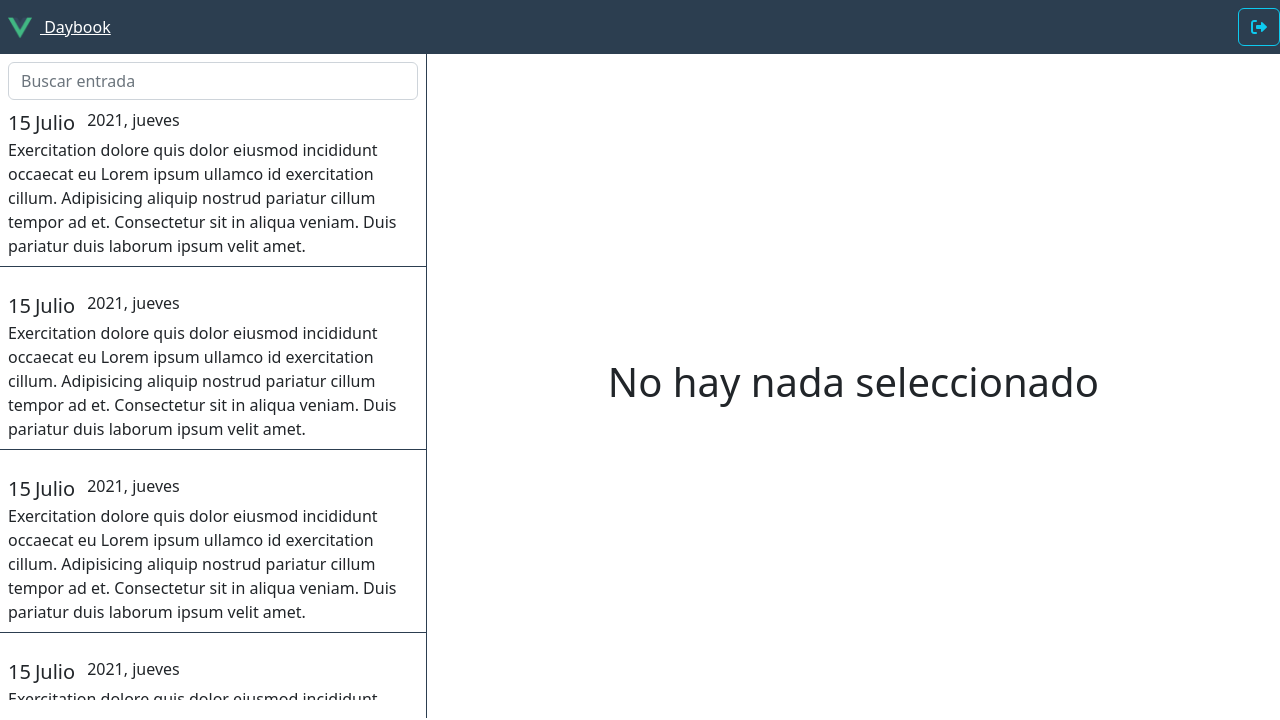
Repository: Osquitranki/jornal
Page: /#/daybook
These files come from the project's save history. The page is drawn as it stood at one moment and after a run of saves; the edit follows.
The browser window is 1280 px wide. The pictures show the whole page.
The project was rebuilt for these pictures with package versions that can differ from the ones it lists, and the page was loaded fresh each time. Also part of the build but not shown: vue.config.js, src/views/HomeView.vue.

Above is the page before, as saved 2022-12-20 17:54:43.

### public/index.html
<!DOCTYPE html>
<html lang="">
  <head>
    <meta charset="utf-8">
    <meta http-equiv="X-UA-Compatible" content="IE=edge">
    <meta name="viewport" content="width=device-width,initial-scale=1.0">
    <link rel="icon" href="<%= BASE_URL %>favicon.ico">
    <title><%= htmlWebpackPlugin.options.title %></title>
    <link rel="stylesheet" href="https://cdnjs.cloudflare.com/ajax/libs/font-awesome/6.2.0/css/all.min.css"
      integrity="sha512-xh6O/CkQoPOWDdYTDqeRdPCVd1SpvCA9XXcUnZS2FmJNp1coAFzvtCN9BmamE+4aHK8yyUHUSCcJHgXloTyT2A=="
      crossorigin="anonymous" referrerpolicy="no-referrer" />
  </head>
  <body>
    <noscript>
      <strong>We're sorry but <%= htmlWebpackPlugin.options.title %> doesn't work properly without JavaScript enabled. Please enable it to continue.</strong>
    </noscript>
    <div id="app"></div>
    <!-- built files will be auto injected -->
  </body>
</html>

### src/main.js
import { createApp } from 'vue'
import App from './App.vue'
import router from './router'

import './styles/styles.scss'

createApp(App).use(router).mount('#app')

### src/router/index.js
import { createRouter, createWebHashHistory } from 'vue-router'
import HomeView from '../views/HomeView.vue'

import daybookrouter from '@/modules/daybook/router'
const routes = [
  {
    path: '/',
    name: 'home',
    component: HomeView
  },
  {
    path: '/about',
    name: 'about',
    // route level code-splitting
    // this generates a separate chunk (about.[hash].js) for this route
    // which is lazy-loaded when the route is visited.
    component: () => import(/* webpackChunkName: "about" */ '../views/AboutView.vue')
  },
  {
    path: '/daybook',
    ...daybookrouter
  }
]

const router = createRouter({
  history: createWebHashHistory(),
  routes
})

export default router

### src/styles/styles.scss

$theme-colors: (
  "primary": #2c3e50,
  "secondary": #1d6042,
  "success": #198754,
  "info": #0dcaf0,
  "warning": #ffc107,
  "danger": #dc3545,
  "light": #f8f9fa,
  "dark": #343a40,
);


@import 'node_modules/bootstrap/scss/bootstrap.scss';

.pointer {
  cursor: pointer;
}

### src/modules/daybook/router/index.js
export default {
    name: 'daybook',
    component: () => import(/* webpackChunkName: "about" */ '@/modules/daybook/layouts/DayBookLayout.vue'),
    children: [
        {
            path: '',
            name: 'no-entry',
            component: () => import(/* webpackChunkName: "about" */ '@/modules/daybook/views/NoEntrySelected.vue'),
        }

    ]
}

### src/modules/daybook/layouts/DayBookLayout.vue
<template>
    <Navbar/>
    <div class="d-flex">
    <div class="col-4">
      <EntryList/>
    </div>
    <div class="col">
      <router-view />
    </div>
  </div>
</template>


<script>
import {defineAsyncComponent} from 'vue'

export default {
     components: {
         Navbar: defineAsyncComponent(() => import('../components/Nav-bar.vue')),
         EntryList: defineAsyncComponent(() => import('../components/Entry-list.vue'))
     }

}
</script>

### src/modules/daybook/views/NoEntrySelected.vue
<template>
    <div class="d-flex justify-content-center">
        <h1 class="align-self-center">No hay nada seleccionado </h1>
   </div>
</template>

<script>
 import { defineAsyncComponent } from 'vue';

export default {

components: {
      Fab: defineAsyncComponent(() => import('../components/Fab-comp.vue'))
}

}
</script>

<style lang="scss" scoped>
div {
    height: 100%;
}
</style>

### src/modules/daybook/components/Nav-bar.vue
<template>
    <nav class="navbar bg-primary">
      <a class="nav-bar-brand text-white">
       <img src="@/assets/logo.png" alt="Vue Logo" class="d-inLine-block align-text-top mx-2" height="24">
       Daybook
      </a>
      <div class="d-flex">
      <button class="btn btn-outline-info">
       <i class="fa fa-sign-out-alt"/>
      </button>
      </div>
    </nav>
</template>

### src/modules/daybook/components/Entry-list.vue
<template>
  <div class="entry-list-container">
    <div class="px-2 pt-2">
        <input type="text" class="form-control" placeholder="Buscar entrada" />
    </div>

  <div class="entry-scrollarea">
    <Entry v-for="item in 100"
        :key="item">
        Entry
    </Entry>
  </div>

  </div>
</template>

<script>
import {defineAsyncComponent} from 'vue'

export default {
components: {
         Entry: defineAsyncComponent(() => import('../components/Entry-element.vue'))
     }
}
</script>

<style lang="scss" scoped>

.input {
    height: 25px;
}
.entry-list-container{
    border-right: 1px solid #2c3e50 ;
    height: calc(100vh - 56px);
}
.entry-scrollarea {
    height: calc(100vh - 120px);
    overflow: scroll;
}
</style>

### src/modules/daybook/components/Entry-element.vue
<template>
  <div class="entry-container mb-3 pointer p-2"
    @click="$router.push({name: 'entry', params: {id:10} })">
    <div class="entry-title d-flex">
      <span class="text-sucess fs-5 fw-blod">15</span>
      <span class="mx-1 fs-5">Julio</span>
      <span class="mx-2 fw-light">2021, jueves</span>
    </div>
    <div class="entry-description">
      Exercitation dolore quis dolor eiusmod incididunt occaecat eu Lorem ipsum ullamco id exercitation cillum. Adipisicing aliquip nostrud pariatur cillum tempor ad et. Consectetur sit in aliqua veniam. Duis pariatur duis laborum ipsum velit amet.
    </div>
  </div>
</template>

<script>
export default {

}
</script>

<style lang="scss" scoped>
.entry-container {
    border-bottom: 1px solid #2c3e50;
    transition: 0.2 all ease-in;

    &:hover {
        background-color: lighten($color: grey, $amount: 45);
        transition: 0.2 all ease-in;
    }

    .entry-description {
        font-size: 12 px;
    }
}

</style>

### src/modules/daybook/components/Fab-comp.vue
<template>
  <button class="btn btn-primary">
   <i :class="`fa fa-2x ${icono}`"/>
  </button>
</template>

<script>
export default {
props: {
  icono : {
    type: String, fefault: 'fa-plus',required: false
  }
}

}
</script>

<style lang="scss" scoped>
button {
    position: fixed;
    bottom: 20px;
    right: 20px;
    width: 80px;
    height: 80px;
    border-radius: 100%;
}

</style>

Loaded but not shown: src/App.vue (common file)

After the next 7 saves:
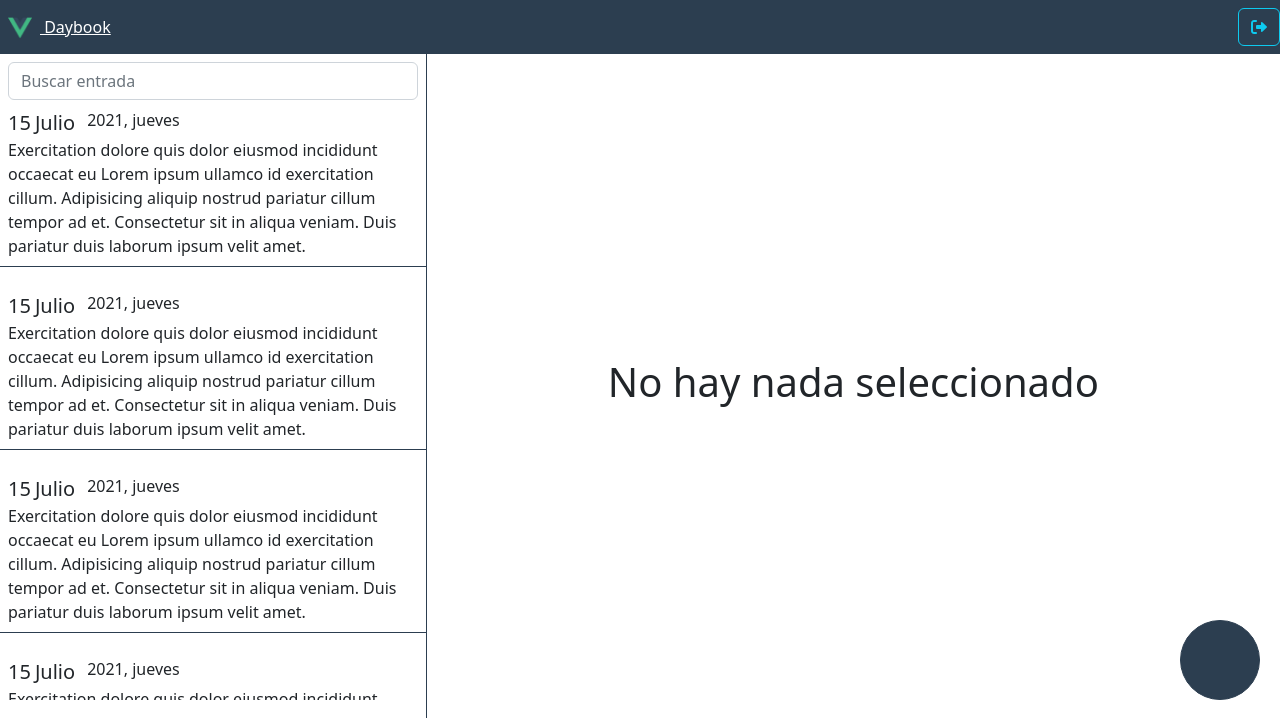
The 7 saves are shown as one change because they came seconds apart.
The last was saved 22 s later.
--- a/src/modules/daybook/views/NoEntrySelected.vue
+++ b/src/modules/daybook/views/NoEntrySelected.vue
@@ -2,6 +2,7 @@
     <div class="d-flex justify-content-center">
         <h1 class="align-self-center">No hay nada seleccionado </h1>
    </div>
+   <Fab/>
 </template>
 
 <script>
